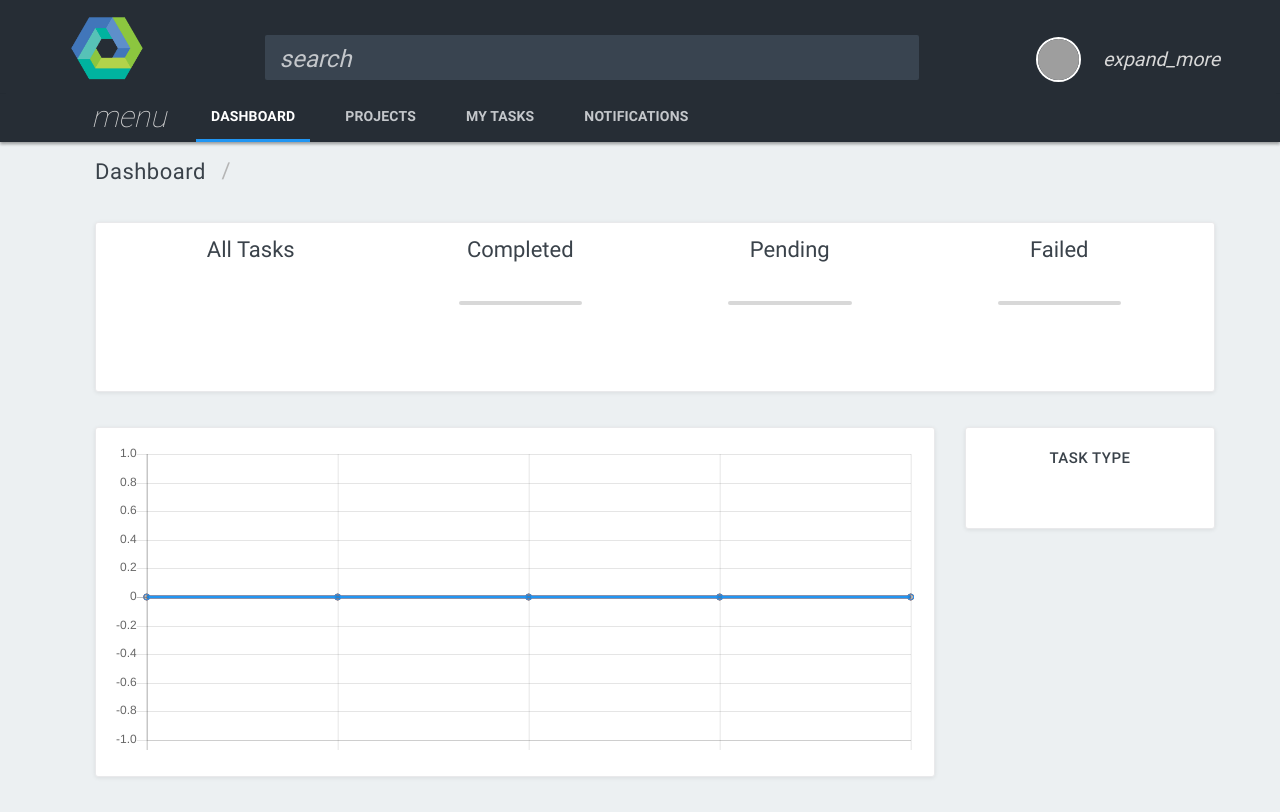
Repository: RenanChagas/ProjectManagement
Page: http://localhost/finalproject/WEB-INF/views/dashboard.jsp
An editor plug-in stored every save of this project. The page is shown before and after the next save, followed by the edit.
The browser window is 1280 px wide. The pictures show the whole page.
Pictures or frames that could not be fetched are drawn as grey boxes. The page is served by Tomcat 9. Nobody is signed in. The template is opened directly, without the code that normally fills it, so the values that code supplies are empty.

Above is the page before, as saved 2017-12-01 14:32:49.
Console error: TypeError: Cannot read properties of null (reading 'length')

After the next save:
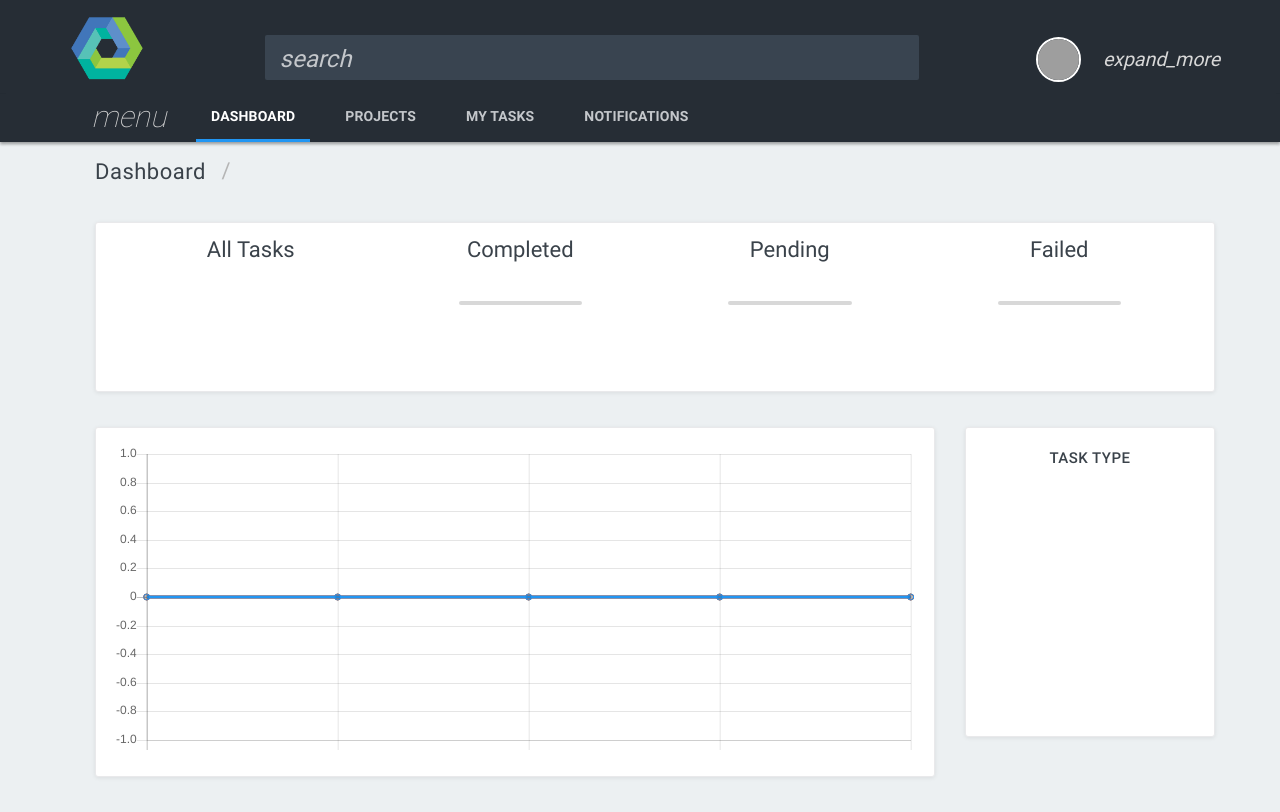
The error is gone.
Saved 8 s later.
--- a/finalproject/src/main/webapp/WEB-INF/views/dashboard.jsp
+++ b/finalproject/src/main/webapp/WEB-INF/views/dashboard.jsp
@@ -347,7 +347,7 @@
           <a href="#">
             <div class="row center MDC-margin-top20">
               <div class="MDC-margin-right20 MDC-margin-left20">
-
+                  <canvas class="MDC-margin-top20 center" id="chartjs-doughnut" width="10" height="10"></canvas>
               </div>
               <script type="text/javascript">
               new Chart(document.getElementById("chartjs-doughnut"), {
